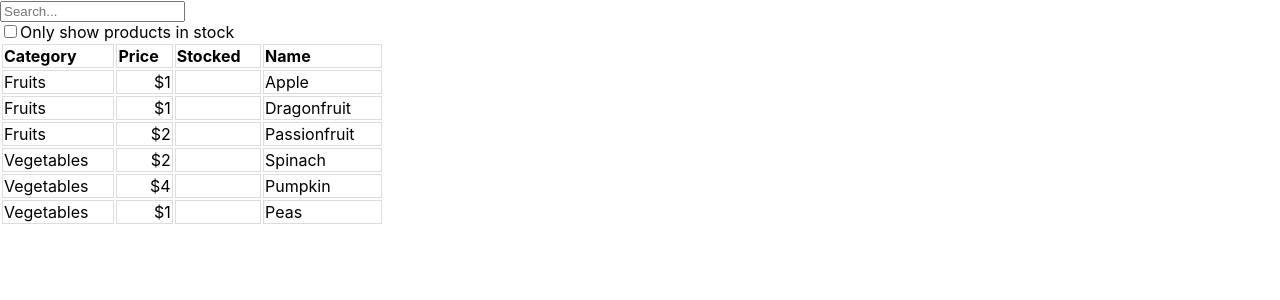
Repository: mariocapitbrok/reactjs-learn
Page: / (app in 05_filtered-data-table/)
An editor plug-in stored every save of this project. The page is shown before and after the next save, followed by the edit.
The browser window is 1280 px wide. The pictures show the whole page.
The project was rebuilt for these pictures with package versions that can differ from the ones it lists, and the page was loaded fresh each time.

Above is the page before, as saved 2023-02-26 01:50:34.

### 05_filtered-data-table/src/App.js
import SearchInput from './components/SearchInput'
import ToogleOption from './components/ToogleOption'
import Table from './components/Table'
import './App.css'

function App() {
  return (
    <div className="App">
      <SearchInput />
      <ToogleOption />
      <Table id="my-table" data={dataA} />
    </div>
  )
}

export default App

const PRODUCTS = [
  { category: 'Fruits', price: '$1', stocked: true, name: 'Apple' },
  { category: 'Fruits', price: '$1', stocked: true, name: 'Dragonfruit' },
  { category: 'Fruits', price: '$2', stocked: false, name: 'Passionfruit' },
  { category: 'Vegetables', price: '$2', stocked: true, name: 'Spinach' },
  { category: 'Vegetables', price: '$4', stocked: false, name: 'Pumpkin' },
  { category: 'Vegetables', price: '$1', stocked: true, name: 'Peas' },
]

const dataA = PRODUCTS

const dataB = PRODUCTS.map(p => ({
  name: p.name,
  price: parseFloat(p.price.slice(1)).toFixed(2),
}))

### 05_filtered-data-table/src/components/SearchInput.jsx
function SearchInput() {
  return (
    <div>
      <input type="text" placeholder="Search..." />
    </div>
  )
}

export default SearchInput

### 05_filtered-data-table/src/components/ToogleOption.jsx
function ToogleOption() {
  return (
    <div>
      <label>
        <input type="checkbox" />
        {`Only show products in stock`}
      </label>
    </div>
  )
}

export default ToogleOption

### 05_filtered-data-table/src/components/Table.jsx
import '../App.css'

function Table({ id, data }) {
  const tableHeaders = createTableHeaders(data)
  const tableRows = createTableRows(data)

  return (
    <table id={id}>
      <thead>{tableHeaders}</thead>
      <tbody>{tableRows}</tbody>
    </table>
  )
}

export default Table

function createTableHeaders(data) {
  const keys = Object.keys(data[0])
  const headerCells = keys.map(key => (
    <th key={key} className={key}>
      {key}
    </th>
  ))

  return <tr>{headerCells}</tr>
}

function createTableRows(data) {
  return data.map(row => {
    const cells = Object.entries(row).map(([key, value]) => (
      <td key={row.id ? `${row.id}-${key}` : createUniqueId()} className={key}>
        {value}
      </td>
    ))
    return <tr key={row.id || createUniqueId()}>{cells}</tr>
  })
}

function createUniqueId() {
  const randomStr = Math.random().toString(36).slice(2, 11)
  return `${randomStr}`
}

### 05_filtered-data-table/src/App.css

/* Table*/
#my-table {
  width: 30%;
  min-width: 200px;
}

#my-table th {
  text-align: left;
}

#my-table th, #my-table td {
  border: 1px solid #ddd;
}

td.price {
  text-align: right;
}

th {
  text-transform: capitalize;
}

Loaded but not shown: 05_filtered-data-table/public/index.html (common file); 05_filtered-data-table/src/index.js (common file); 05_filtered-data-table/src/index.css (common file); 05_filtered-data-table/src/reportWebVitals.js (common file)

After the next save:
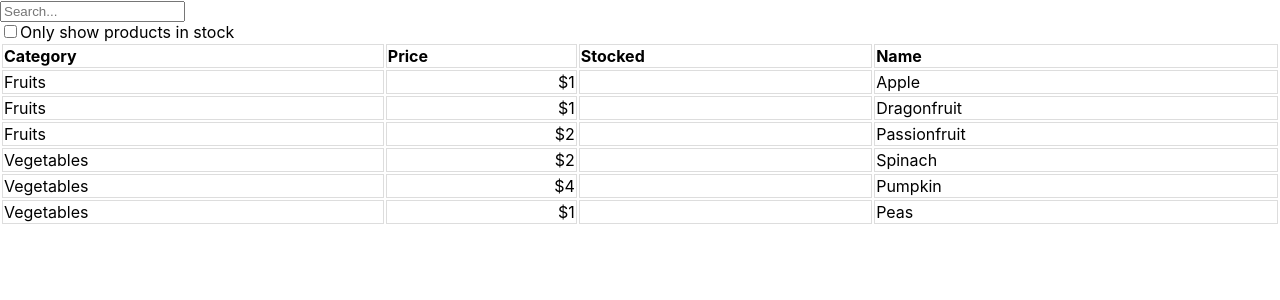
Saved 5 min 2 s later.
--- a/05_filtered-data-table/src/App.css
+++ b/05_filtered-data-table/src/App.css
@@ -1,7 +1,7 @@
 
 /* Table*/
 #my-table {
-  width: 30%;
+  width: 100%;
   min-width: 200px;
 }
 
